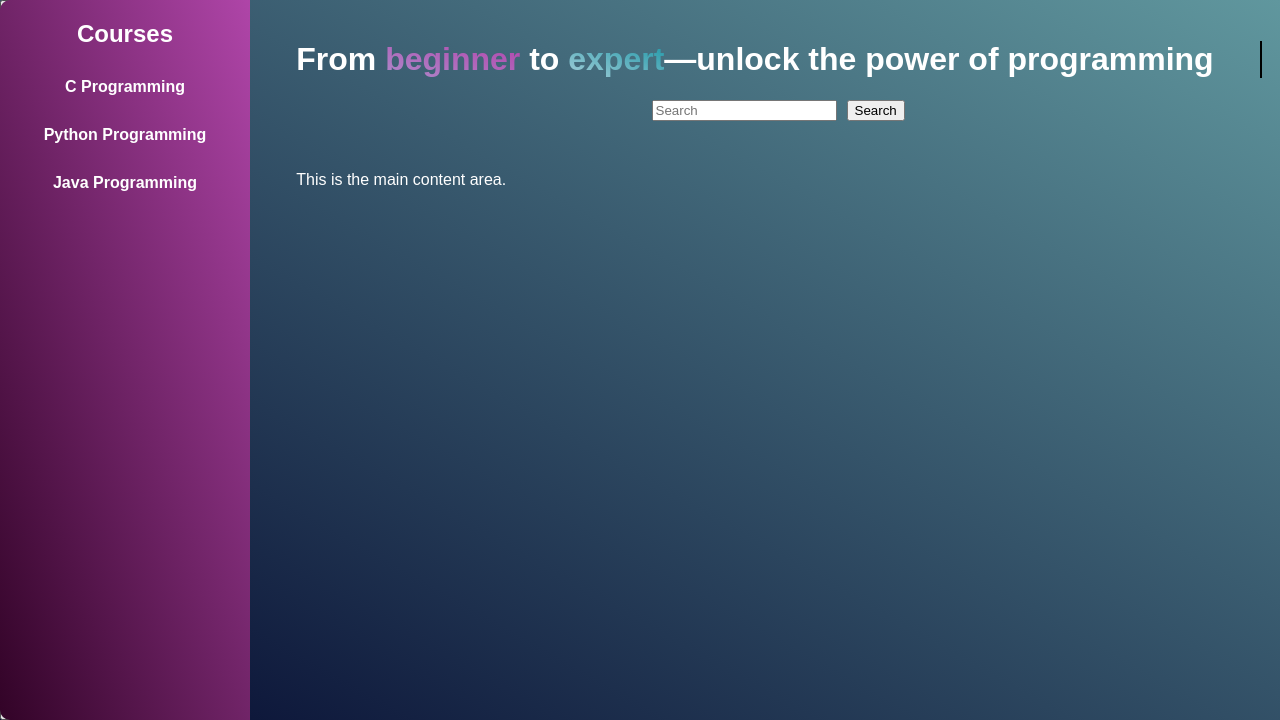
Repository: RishitSharma88/SeaGro
Page: templates/learningcourses.html
The author's editor kept a copy of each file at every save. The page is drawn from the files as they stood at one save, then again after the next save.
The browser window is 1280 px wide. The pictures show the whole page.
The template is drawn by Flask 3. The application's start-up code is not run. Other server files are loaded and not shown. The template is opened directly, without the code that normally fills it, so the values that code supplies are empty.

Above is the page before, as saved 2024-12-28 18:30:01.

### templates/learningcourses.html
<!DOCTYPE html>
<html lang="en">
<head>
    <meta charset="UTF-8">
    <meta name="viewport" content="width=device-width, initial-scale=1.0">
    <title>Learning Courses</title>
    <style>
        body {
            margin: 0;
            padding: 0;
            font-family: 'Arial', sans-serif;
            background: linear-gradient(to bottom left, #60979e, #050a30);
            color: #FFFFFF;
            display: flex;
            height: 100vh;
            overflow: hidden;
        }

        .sidebar {
            background: linear-gradient(to bottom left, #af45a8, #320327);
            color: #ffff;
            width: 250px;
            height: 100%;
            border-radius: 10px 0 0 10px;
            overflow: auto;
            display: flex;
            flex-direction: column;
            align-items: center;
            position: fixed;
            left: 0;
            top: 0;
            transition: transform 0.3s ease;
        }
        .h {
            font-size: 24px;
            font-weight: bold;
            text-align: center;
            margin: 20px 0;
        }
        .side-links {
            display: flex;
            flex-direction: column;
            gap: 10px;
            width: 100%;
            padding: 0 10px;
        }

        .side-links a {
            text-decoration: none;
            color: #fff;
            font-size: 1rem;
            font-weight: bold;
            padding: 10px;
            border-radius: 5px;
            text-align: center;
            transition: background-color 0.3s ease;
        }

        .side-links a:hover {
            background-color: rgba(255, 255, 255, 0.2);
        }
        .main-content {
            margin-left: 250px;
            flex: 1;
            padding: 20px;
            transition: margin-left 0.3s ease;
        }
        .typing {
            width: 0;
            overflow: hidden;
            white-space: nowrap;
            border-right: 2px solid black;
            animation: typing 2s steps(20) forwards, blink 1.5s step-end infinite;

        }
        @keyframes typing {
            from {
                width: 0;
            }
            to {
                width: 100%;
            }
        }

        @keyframes blink {
            50% {
                border-color: transparent;
            }
        }
        .highlight {
            background: linear-gradient(to bottom left, #b243ab, #ae89ca); /* Gradient */
            -webkit-background-clip: text;  /* Clip background to text */
            -webkit-text-fill-color: transparent;  /* Make the non-highlight part transparent */
        }

        .expert {
            background: linear-gradient(to bottom left, #1d97a7, #a2cdd8);
            -webkit-background-clip: text;
            -webkit-text-fill-color: transparent;
        }
        .search-container {
        display: flex;
        justify-content: center;
        align-items: center;
        margin-top: 20px;
        animation: fadeIn 1.5s ease;
    }

    .search-form {
        display: flex;
        gap: 10px;
        flex-wrap: wrap;
    }

    .main-area {
        margin-top: 50px;
    }


    @keyframes fadeIn {
        from {
            opacity: 0;
            transform: translateY(-20px);
        }
        to {
            opacity: 1;
            transform: translateY(0);
        }
    }

        /* .titlebox{
            background-color:#af45a8;
            max-width: fit-content;
            padding: 10px;
            display: flex;
            margin-top:30px;
            height:80px;
            width:100%;
        } */

        /*.sidebar.collapsed {
            transform: translateX(-250px);
        }





        .toggle-btn {
            position: fixed;
            top: 50%;
            left: 250px;
            transform: translateY(-50%);
            background: #de7a50;
            color: #fff;
            border: none;
            border-radius: 5px;
            font-size: 20px;
            cursor: pointer;
            transition: left 0.3s ease;
        }

        .toggle-btn.collapsed {
            left: 0;
        }



        .sidebar.collapsed + .main-content {
            margin-left: 0;
        }*/
    </style>
</head>
<body>
    <div class="sidebar">
        <h1 class="h">Courses</h1>
        <div class="side-links">
            <a href="coursetemp.html">C Programming</a>
            <a href="coursetemp.html">Python Programming</a>
            <a href="coursetemp.html">Java Programming</a>
        </div>
    </div>
    <button class="toggle-btn">&#9664;</button>

    <!-- <div class="titlebox">  -->
        <div class="main-content">
            <h1 class="typing">
                From <span class="highlight">beginner</span> to <span class="expert">expert</span>—unlock the power of programming
            </h1>
            <div class="search-container">
                <form method="post" class="search-form">
                    <input type="search" name="query" placeholder="Search">
                    <button type="submit" class="button">Search</button>
                </form>
            </div>
            <div class="main-area">
                <p>This is the main content area.</p>
            </div>
        </div>



    <!-- <script>
        const sidebar = document.querySelector('.sidebar');
        const toggleBtn = document.querySelector('.toggle-btn');

        toggleBtn.addEventListener('click', () => {
            sidebar.classList.toggle('collapsed');
            toggleBtn.classList.toggle('collapsed');


            toggleBtn.innerHTML = sidebar.classList.contains('collapsed') ? '&#9654;' : '&#9664;';
        });
    </script> -->
</body>
</html>

After the next save:
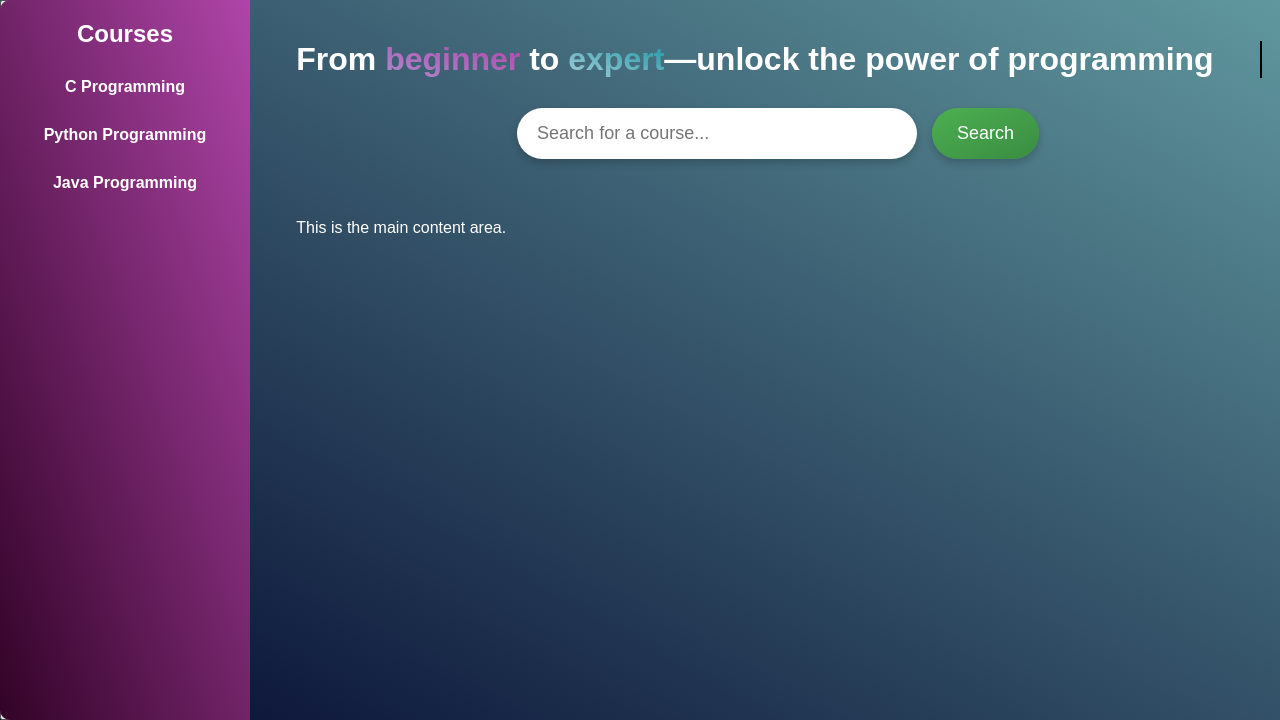
Saved 2 min 54 s later.
--- a/templates/learningcourses.html
+++ b/templates/learningcourses.html
@@ -99,34 +99,72 @@
             -webkit-text-fill-color: transparent;
         }
         .search-container {
-        display: flex;
-        justify-content: center;
-        align-items: center;
-        margin-top: 20px;
-        animation: fadeIn 1.5s ease;
+    display: flex;
+    justify-content: center;
+    align-items: center;
+    margin-top: 30px;
+    animation: fadeIn 1.5s ease;
+}
+
+.search-form {
+    display: flex;
+    gap: 15px;
+    align-items: center;
+}
+
+
+.search-form input[type="search"] {
+    width: 400px;
+    padding: 15px 20px;
+    font-size: 18px;
+    border: none;
+    border-radius: 30px;
+    box-shadow: 0 4px 8px rgba(0, 0, 0, 0.2);
+    outline: none;
+    transition: all 0.3s ease;
+}
+
+
+.search-form input[type="search"]:focus {
+    transform: scale(1.05);
+    box-shadow: 0 6px 12px rgba(0, 0, 0, 0.3);
+}
+
+
+.search-form .button {
+    padding: 15px 25px;
+    font-size: 18px;
+    background: linear-gradient(to bottom right, #4caf50, #3a8d42);
+    color: #fff;
+    border: none;
+    border-radius: 30px;
+    cursor: pointer;
+    box-shadow: 0 4px 8px rgba(0, 0, 0, 0.2);
+    transition: all 0.3s ease;
+}
+
+
+.search-form .button:hover {
+    background: linear-gradient(to bottom right, #45a049, #2e7d32);
+    transform: scale(1.1);
+    box-shadow: 0 6px 12px rgba(0, 0, 0, 0.3);
+}
+
+.main-area {
+    margin-top: 60px;
+}
+
+
+@keyframes fadeIn {
+    from {
+        opacity: 0;
+        transform: translateY(-20px);
     }
-
-    .search-form {
-        display: flex;
-        gap: 10px;
-        flex-wrap: wrap;
+    to {
+        opacity: 1;
+        transform: translateY(0);
     }
-
-    .main-area {
-        margin-top: 50px;
-    }
-
-
-    @keyframes fadeIn {
-        from {
-            opacity: 0;
-            transform: translateY(-20px);
-        }
-        to {
-            opacity: 1;
-            transform: translateY(0);
-        }
-    }
+}
 
         /* .titlebox{
             background-color:#af45a8;
@@ -189,7 +227,7 @@
             </h1>
             <div class="search-container">
                 <form method="post" class="search-form">
-                    <input type="search" name="query" placeholder="Search">
+                    <input type="search" name="query" placeholder="Search for a course...">
                     <button type="submit" class="button">Search</button>
                 </form>
             </div>
@@ -200,6 +238,7 @@
 
 
 
+
     <!-- <script>
         const sidebar = document.querySelector('.sidebar');
         const toggleBtn = document.querySelector('.toggle-btn');
